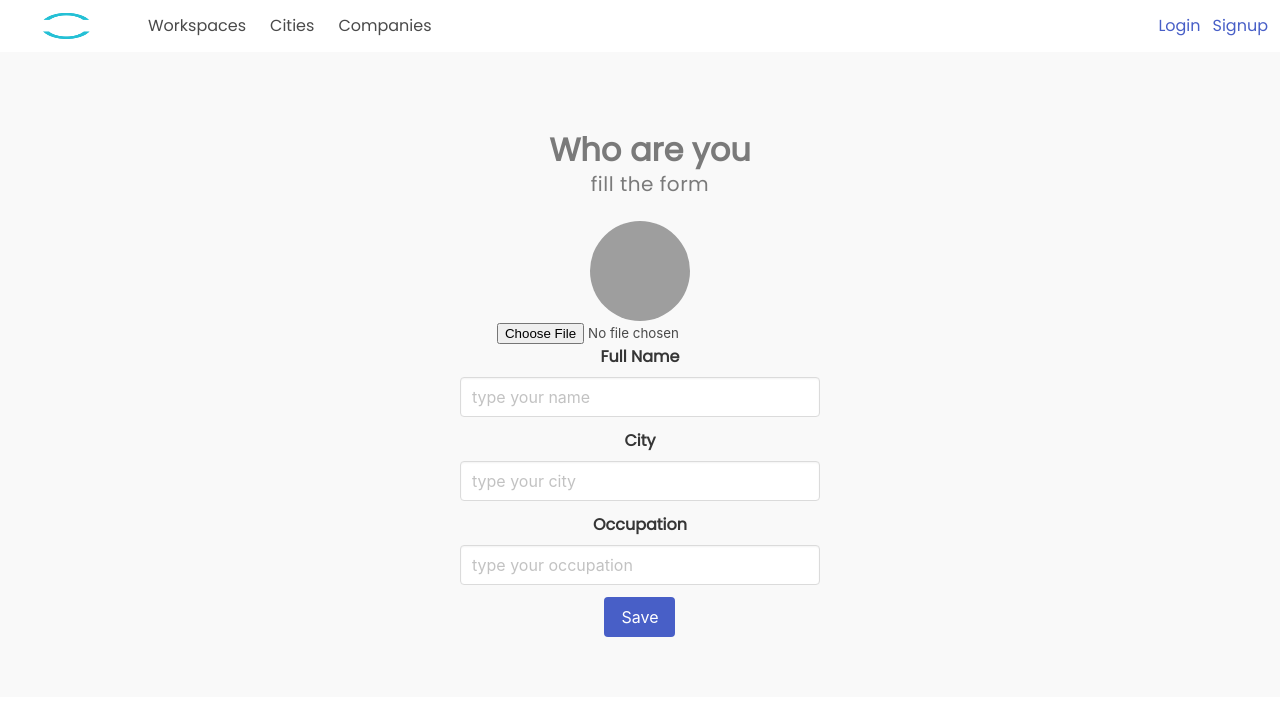
Repository: mernri/IH-final-project
Page: /profile (app in client-everymote/)
The author's editor kept a copy of each file at every save. The page is drawn from the files as they stood at one save, then again after the next save.
The browser window is 1280 px wide. The pictures show the whole page.
Pictures or frames that could not be fetched are drawn as grey boxes. The page's requests for data from a server got no answer. Some web libraries are served in a nearby version. The project was rebuilt for these pictures with package versions that can differ from the ones it lists, and the page was loaded fresh each time. No one was signed in, and anything a server would have sent is missing. Also part of the build but not shown: client-everymote/src/components/pages/HomePage/HomePage.css, client-everymote/src/components/pages/HomePage/HomePage.js, client-everymote/src/components/pages/ListingPage/Listing/ListingCard.css, client-everymote/src/components/pages/ListingPage/Listing/ListingCard.js, client-everymote/src/components/pages/ListingPage/Listing/WorkspaceListing.js, client-everymote/src/components/pages/ListingPage/Map/MapSection.css, client-everymote/src/components/pages/ListingPage/Map/MapSection.js, client-everymote/src/components/pages/ListingPage/ListingPage.js and 16 more.

Above is the page before, as saved 2019-04-12 21:38:31.

### client-everymote/public/index.html
<!DOCTYPE html>
<html lang="en">
  <head>
    <meta charset="utf-8" />
    <link rel="shortcut icon" href="%PUBLIC_URL%/favicon.ico" />
    <meta
      name="viewport"
      content="width=device-width, initial-scale=1, shrink-to-fit=no"
    />
    <meta name="theme-color" content="#000000" />
    <!--
      manifest.json provides metadata used when your web app is installed on a
      user's mobile device or desktop. See https://developers.google.com/web/fundamentals/web-app-manifest/
    -->
    <link rel="manifest" href="%PUBLIC_URL%/manifest.json" />
    <!--
      Notice the use of %PUBLIC_URL% in the tags above.
      It will be replaced with the URL of the `public` folder during the build.
      Only files inside the `public` folder can be referenced from the HTML.

      Unlike "/favicon.ico" or "favicon.ico", "%PUBLIC_URL%/favicon.ico" will
      work correctly both with client-side routing and a non-root public URL.
      Learn how to configure a non-root public URL by running `npm run build`.
    -->
    <title>React App</title>
    <link href="https://fonts.googleapis.com/css?family=Poppins" rel="stylesheet">

    <!-- Load Leaflet css -->
    <link rel="stylesheet" href="//cdnjs.cloudflare.com/ajax/libs/leaflet/1.0.1/leaflet.css">



  </head>

  <body>
    <noscript>You need to enable JavaScript to run this app.</noscript>
    <div id="root"></div>
    <!--
      This HTML file is a template.
      If you open it directly in the browser, you will see an empty page.

      You can add webfonts, meta tags, or analytics to this file.
      The build step will place the bundled scripts into the <body> tag.

      To begin the development, run `npm start` or `yarn start`.
      To create a production bundle, use `npm run build` or `yarn build`.
    -->
  </body>
</html>

### client-everymote/src/index.js
import React from "react";
import ReactDOM from "react-dom";
import "./index.css";
import App from "./App";
import { register as registerServiceWorker } from "./serviceWorker";
import { BrowserRouter as Router } from "react-router-dom";
import ScrollToTop from "./components/layout/ScrollToTop/ScrollToTop.js";

ReactDOM.render(
  <Router>
    <ScrollToTop>
      <App />
    </ScrollToTop>
  </Router>,
  document.getElementById("root")
);

registerServiceWorker();

### client-everymote/src/App.js
import React from "react";
import { Switch, Route } from "react-router-dom";
import Nav from "./components/layout/NavBar/Nav.js";

import HomePage from "./components/pages/HomePage/HomePage.js";
import ListingPage from "./components/pages/ListingPage/ListingPage.js";
import WorkspaceView from "./components/pages/WorkspaceView/WorkspaceView.js";
import Signup from "./components/pages/AuthPages/SignupPage/Signup.js";
import Login from "./components/pages/AuthPages/LoginPage/Login.js";
import Onboarding from "./components/pages/AuthPages/SignupPage/Onboarding.js";
import addWorkspace from "./components/pages/AddWorkspacePage/addWorkspace.js";
import AuthService from "./components/pages/AuthPages/Authservices.js";
import CitiesPage from "./components/pages/CitiesPage/CitiesPage.js";

import "bulma/css/bulma.css";
import "./App.css";
import CompaniesPage from "./components/pages/CompaniesPage/CompaniesPages.js";

class App extends React.Component {
  state = {
    user: null
  };

  service = new AuthService();

  componentDidMount() {
    this.fetchUser();
  }

  fetchUser = () => {
    if (this.state.user === null) {
      this.service
        .loggedin()
        .then(response => this.setState({ user: response }))
        .catch(err => this.setState({ user: false }));
    } else this.updateUser(this.state.user);
  };

  updateUser = data => {
    this.setState({ user: data });
  };

  render() {
    return (
      <div className="App">
        <Nav user={this.state.user} updateUser={this.updateUser} />

        <Switch>
          <Route
            exact
            path="/signup"
            render={props => (
              <Signup updateUser={this.updateUser} history={props.history} />
            )}
          />

          <Route
            exact
            path="/login"
            render={props => (
              <Login updateUser={this.updateUser} history={props.history} />
            )}
          />

          <Route
            exact
            path="/profile"
            render={props => (
              <Onboarding
                updateUser={this.updateUser}
                history={props.history}
              />
            )}
          />

          <Route exact path="/" component={HomePage} />
          <Route exact path="/workspaces" component={ListingPage} />
          <Route exact path="/cities" component={CitiesPage} />
          <Route exact path="/workspaces/:city" component={ListingPage} />
          <Route exact path="/companies" component={CompaniesPage} />

          <Route exact path="/workspace/:id" component={WorkspaceView} />

          <Route exact path="/add-workspace" component={addWorkspace} />
        </Switch>
      </div>
    );
  }
}

export default App;

### client-everymote/src/components/layout/ScrollToTop/ScrollToTop.js
import React, { Component } from "react";
import { withRouter } from 'react-router-dom';

class ScrollToTop extends Component {
  componentDidUpdate(prevProps) {
    if (this.props.location.pathname !== prevProps.location.pathname) {
      window.scrollTo(0, 0);
    }
  }

  render() {
    return this.props.children;
  }
}

export default withRouter(ScrollToTop);

### client-everymote/src/components/layout/NavBar/Nav.js
import React from "react";
import { NavLink } from "react-router-dom";
import AuthService from "../../pages/AuthPages/Authservices.js";
import "bulma/css/bulma.css";

export default class Nav extends React.Component {
  service = new AuthService();

  logoutUser = event => {
    this.service.logout().then(response => {
      this.props.updateUser(null);
    });
  };

  render() {
    return (
      <div className="navbar is-transparent">
        <div className="navbar-brand">
          <div className="navbar-item">
            <img
              src="data:[embedded picture, 2130 characters]"
              alt="Bulma: a modern CSS framework based on Flexbox"
              width="112"
              height="28"
            />
          </div>
          <div
            className="navbar-burger burger"
            data-target="navbarExampleTransparentExample"
          />
        </div>

        <div id="navbarExampleTransparentExample" className="navbar-menu">
          <div className="navbar-start">
            <NavLink className="navbar-item" to="/workspaces">
              Workspaces
            </NavLink>
            <NavLink className="navbar-item" to="/cities">
              Cities
            </NavLink>
            <NavLink className="navbar-item" to="/companies">
              Companies
            </NavLink>
          </div>

          {this.props.user && this.props.user._id ? (
            <div className="navbar-end">
              <div className="navbar-item">
                <div className="field is-grouped">
                  <div className="control">
                    <NavLink to="/profile"> Profile </NavLink>
                  </div>
                  <div className="control">
                    <NavLink to="/workspaces" onClick={this.logoutUser}>
                      Logout
                    </NavLink>
                  </div>
                </div>
              </div>
            </div>
          ) : (
            <div className="navbar-end">
              <div className="navbar-item">
                <div className="field is-grouped">
                  <div className="control">
                    <NavLink to="/login"> Login </NavLink>
                  </div>
                  <div className="control">
                    <NavLink to="/signup"> Signup </NavLink>
                  </div>
                </div>
              </div>
            </div>
          )}
        </div>
      </div>
    );
  }
}

### client-everymote/src/components/pages/AuthPages/SignupPage/Onboarding.js
import React, { Component } from "react";
import AuthService from "../Authservices.js";
import Profile from "./Profile.js";
import { Redirect } from "react-router-dom";

export default class Onboarding extends Component {
  constructor(props) {
    super(props);
    this.state = {
      picture: "",
      fullname: "",
      city: "",
      occupation: "",
      // redirectToListing: false,
      isProfileComplete: false,
      user: {}
    };
  }

  componentWillMount() {
    this.isProfileComplete();
  }

  service = new AuthService();

  handleUpload = event => {
    let formData = new FormData();
    formData.append("photo", event.target.files[0]);

    this.service.upload(formData).then(response => {
      this.props.updateUser(response);
      this.setState({ picture: response.picture });
    });
  };

  handleChange = event => {
    const { name, value } = event.target;
    this.setState({ [name]: value });
  };

  handleFormSubmit = event => {
    event.preventDefault();

    this.service
      .edit(this.state.fullname, this.state.city, this.state.occupation)
      .then(response => {
        console.log("response we send to update user", response);
        this.props.updateUser(response);
        this.isProfileComplete();
        this.props.history.push("/profile");
      });
  };

  isProfileComplete = () => {
    this.service.loggedin().then(user => {
      if (user.fullname && user.city) {
        this.setState({
          user: user,
          isProfileComplete: true
        });
      }
    });
  };

  render() {
    // if (this.state.redirectToListing) {
    //   return <Redirect to="/workspaces" />;
    // }

    return (
      <div>
        {!this.state.isProfileComplete ? (
          <div className="hero-body">
            <div className="container has-text-centered">
              <div className="column is-4 is-offset-4">
                <h3 className="title has-text-grey">Who are you</h3>
                <p className="subtitle has-text-grey">fill the form</p>

                <form onSubmit={this.handleFormSubmit}>
                  {/* Profile Picture upload */}
                  {!this.state.picture ? (
                    <label>
                      <img
                        className="avatar"
                        src={
                          "https://material.io/tools/icons/static/icons/baseline-person-24px.svg"
                        }
                        alt="profile"
                      />
                      <input
                        type="file"
                        name="picture"
                        onChange={this.handleUpload}
                      />
                    </label>
                  ) : (
                    <img
                      className="avatar"
                      src={this.state.picture}
                      alt="profile"
                    />
                  )}

                  {/* Fullname FIELD */}
                  <div className="field">
                    <label className="label">Full Name</label>
                    <div className="control">
                      <input
                        name="fullname"
                        className="input"
                        type="text"
                        placeholder="type your name"
                        value={this.state.fullname}
                        onChange={this.handleChange}
                      />
                    </div>
                  </div>

                  {/* City FIELD */}
                  <div className="field">
                    <label className="label">City</label>
                    <div className="control">
                      <input
                        name="city"
                        className="input"
                        type="text"
                        placeholder="type your city"
                        value={this.state.city}
                        onChange={this.handleChange}
                      />
                    </div>
                  </div>

                  {/* Occupation FIELD */}
                  <div className="field">
                    <label className="label">Occupation</label>
                    <div className="control">
                      <input
                        name="occupation"
                        className="input"
                        type="text"
                        placeholder="type your occupation"
                        value={this.state.occupation}
                        onChange={this.handleChange}
                      />
                    </div>
                  </div>

                  <div className="control">
                    <button className="button is-link">Save</button>
                  </div>
                </form>
              </div>
            </div>
          </div>
        ) : (
          <Profile user={this.state.user} />
        )}
      </div>
    );
  }
}

### client-everymote/src/components/pages/AuthPages/Authservices.js
// components/auth/auth-service.js

import axios from "axios";

class AuthService {
  constructor() {
    let service = axios.create({
      baseURL: `${process.env.REACT_APP_APIURL || ""}/auth`,
      withCredentials: true
    });
    this.service = service;
  }

  login = (email, password) => {
    console.log(email, password)
    return this.service
      .post("/login", { email, password })
      .then(response => response.data);
  };

  signup = (email, password) => {
    return this.service
      .post("/signup", {
        email,
        password
      })
      .then(response => response.data);
  };

  loggedin = () => {
    return this.service.get("/loggedin").then(response => response.data);
  };

  logout = () => {
    return this.service.post("/logout", {}).then(response => response.data);
  };

  edit = (fullname, city, occupation) => {
    return this.service
      .post("/edit", {
        fullname,
        city,
        occupation
      })
      .then(response => response.data);
  };

  upload = formdata => {
    return this.service
      .post("/upload", formdata)
      .then(response => response.data);
  };


}

export default AuthService;

### client-everymote/src/App.css
.App {
  text-align: center;
  font-family: 'Poppins', sans-serif;
}

.App-logo {
  animation: App-logo-spin infinite 20s linear;
  height: 40vmin;
  pointer-events: none;
}

.App-header {
  background-color: #282c34;
  min-height: 100vh;
  display: flex;
  flex-direction: column;
  align-items: center;
  justify-content: center;
  font-size: calc(10px + 2vmin);
  color: white;
}

.App-link {
  color: #61dafb;
}

@keyframes App-logo-spin {
  from {
    transform: rotate(0deg);
  }
  to {
    transform: rotate(360deg);
  }
}

### client-everymote/src/components/pages/ListingPage/Listing/WorkspaceListing.css

body {
   background-color: #F9F9F9
}

.columns {
    display: inline-block
}

### client-everymote/src/components/pages/WorkspaceView/WorkspaceTribe/TribeMemberCard.css
article {
  display: block;
  height: auto;
  overflow: auto;
}

.profile-photo {
  display: block;
  margin: 0 auto;
}

.avatar {
  vertical-align: middle;
  width: 100px;
  height: 100px;
  border-radius: 50%;
  object-fit: cover
}

article p {
  color: grey;
  margin-bottom: 0px;
}

.profile-info {
  display: block;
  width: 50%;
  max-width: 400px;
  margin: 0 auto;
  text-align: center;
}

.profile-info h2 {
  margin-top: 0px;
  font-size: 1.5em;
  font-weight: 600;
}

@media (max-width: 480px) {
  article .profile-info {
    padding: 0 30px;
  }
}

### client-everymote/src/components/pages/CitiesPage/Cities/CityCard.css
.card {
  height: 215px;
  border-radius: 8px;
  box-shadow: 0 10px 20px rgba(0, 0, 0, 0.25);
  /* grid-template-rows: 1fr 1fr; */
}

h3 {
  color: white;
  font-size: 24px;
  margin: 20px 0 0 20px;
}

p {
  color: white;
  font-weight: 400;
  font-size: 16px;
  align-self: end;
  margin: 0 0 20px 20px;
  letter-spacing: 0.5px;
}

/* .cityPicture {
  height: auto;
  max-width: 100%;
  position: absolute;
  top: 0;
  z-index: -1;
  transition: 0.8s cubic-bezier(0.2, 0.8, 0.2, 1);
} */


.card:hover {
  transform: scale(1.035, 1.035);
  /* box-shadow: 0 15px 30px rgba(0, 0, 0, 0.5);*/
}


.city-card {
  background:  rgba(0, 0, 0, 0.75);
  /* transition: 0.8s cubic-bezier(0.2, 0.8, 0.2, 1); */
}

Loaded but not shown: client-everymote/src/index.css (common file); client-everymote/src/serviceWorker.js (common file)

After the next save:
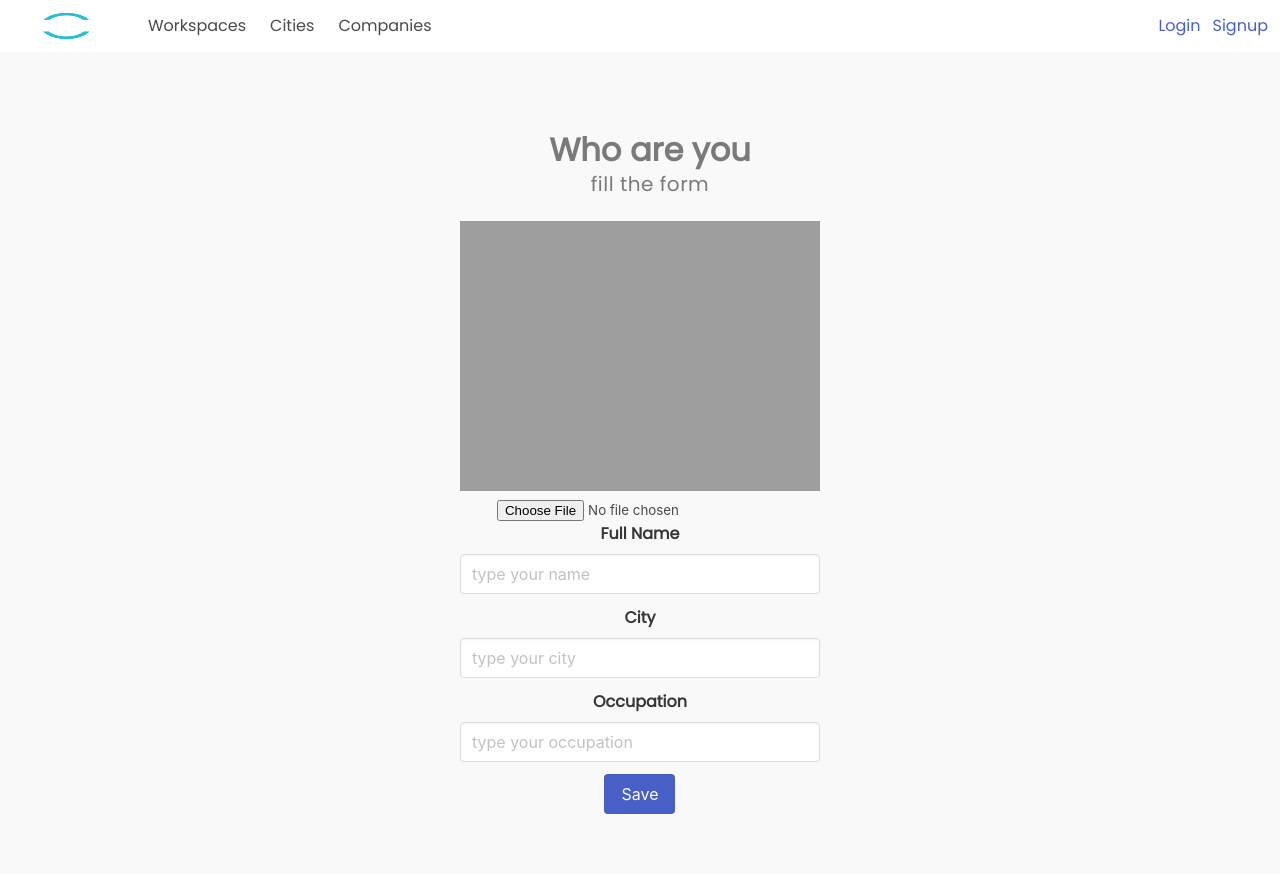
Saved 103 s later.
--- a/client-everymote/src/components/pages/WorkspaceView/WorkspaceTribe/TribeMemberCard.css
+++ b/client-everymote/src/components/pages/WorkspaceView/WorkspaceTribe/TribeMemberCard.css
@@ -4,12 +4,12 @@
   overflow: auto;
 }
 
-.profile-photo {
+.tribe-profile-photo {
   display: block;
   margin: 0 auto;
 }
 
-.avatar {
+.tribe-avatar {
   vertical-align: middle;
   width: 100px;
   height: 100px;

After the save that followed:
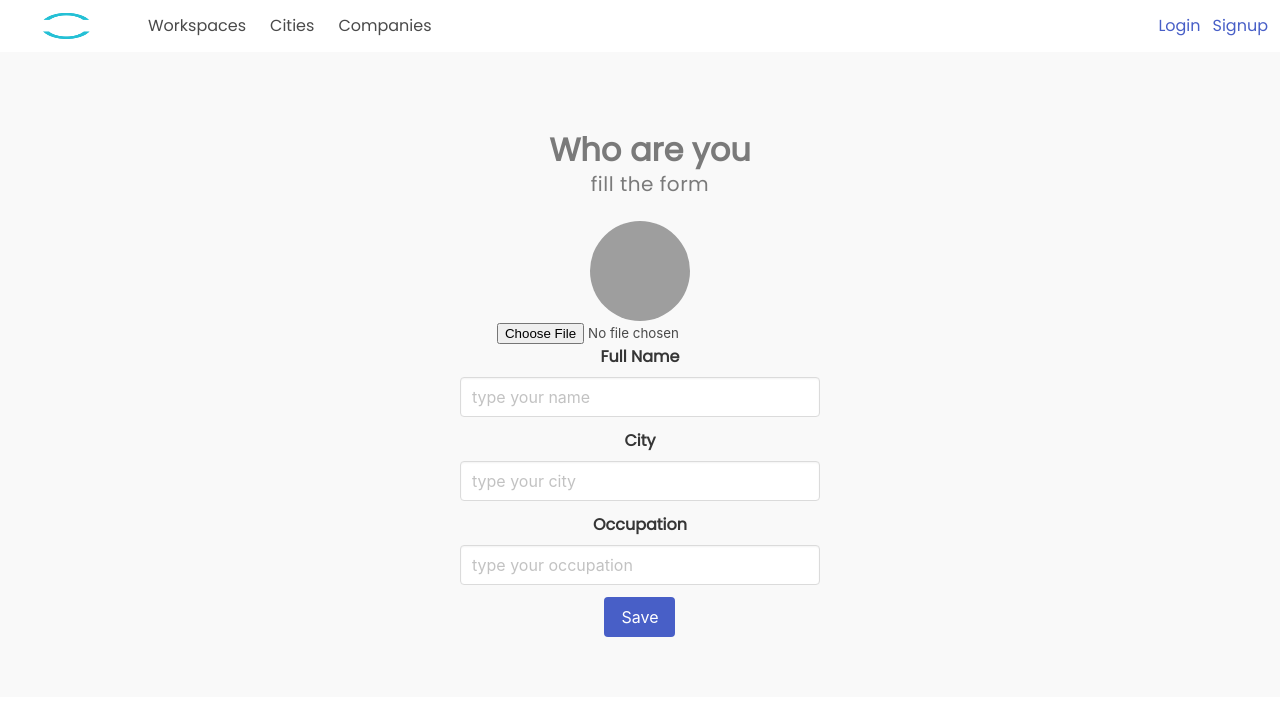
Saved 20 s later.
--- a/client-everymote/src/components/pages/WorkspaceView/WorkspaceTribe/TribeMemberCard.css
+++ b/client-everymote/src/components/pages/WorkspaceView/WorkspaceTribe/TribeMemberCard.css
@@ -4,12 +4,12 @@
   overflow: auto;
 }
 
-.tribe-profile-photo {
+.profile-photo {
   display: block;
   margin: 0 auto;
 }
 
-.tribe-avatar {
+.avatar {
   vertical-align: middle;
   width: 100px;
   height: 100px;
